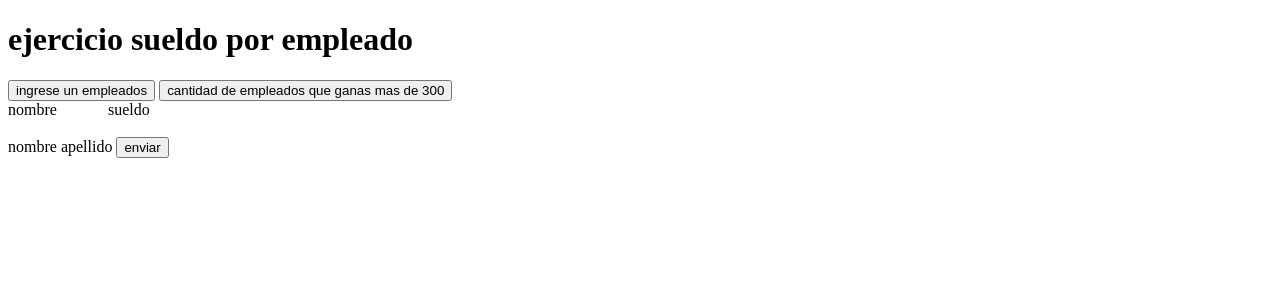
Repository: wolfmarcos/Ej-FormSesionEmpleados
Page: sueldoempleado.html
These files come from the project's save history. The page is drawn as it stood at one moment and after a run of saves; the edit follows.
The browser window is 1280 px wide. The pictures show the whole page.

Above is the page before, as saved 2022-07-26 12:06:47.

### sueldoempleado.html
<!DOCTYPE html>
<html lang="en">
<head>
    <meta charset="UTF-8">
    <meta http-equiv="X-UA-Compatible" content="IE=edge">
    <meta name="viewport" content="width=device-width, initial-scale=1.0">
    <link rel="stylesheet" href="ej1.css">
    <title>Document</title>
</head>
<body>
    <h1>ejercicio sueldo por empleado</h1>
    <button id="agregarHTML">ingrese un empleados</button>

    <button id="empleadosMas300">cantidad de empleados que ganas mas de 300 </button>

    <div class="contenedorR">
        <div>nombre</div>
        <div>sueldo</div>
        <div class="datos"></div>

</div>


    <script src="ej1.js"></script>
</body>

<div>
<br>

    <form action="./ej1.js" name="form" method="post">
<leibel>nombre</leibel>
<imput type=text maxlengt="30" placeholder="nombre"></imput>

<leibel>apellido</leibel>
<imput ></imput>

<button type="submit"> enviar</button>
    </form>


</div>



</html>

### ej1.css
.contenedorR{ display: grid;

    grid-template-columns: repeat(2 ,100px)}

### ej1.js
// En una empresa trabajan n empleados cuyos  nombre y sueldo se carga por un formulario desde el celular. sueldos oscilan entre $100 y $500,
//  realizar un programa que lea los sueldos que cobra cada empleado e informe cuántos empleados cobran menos de  $200  en una tabla y mas de $300  en otra tabla
//  recuerde cargar los datos como  un nuevo objeto. Además el programa deberá informar el importe que gasta la empresa en sueldos total del personal.
let aprobados = 0;
let i= 0;
let repeticion = true;
resu=document.querySelector(".contenedorR2")

datos=document.querySelector(".datos")
// let arrayDesaprobados = []
const empleados = [];
let resud="";

// let emp = new Empleados;
document.querySelector("#agregarHTML").addEventListener("click", (e) => {


    while(repeticion == true){
        let nombre= prompt("empleado: ");
        let sueldo= parseInt(prompt("sueldo: "));
        //   empleados[i]=[nombre,sueldo,(i+"pepito") ] ;
        //  empleados[i].push(nombre,sueldo );
        empleados[i]={nomebres:nombre,sueldos:sueldo,id:(i+"pepito") }
        i = i + 1;
        repeticion=confirm("ingresar otro  empleado")
    };
    //   Object.values()
    for (let cada of empleados){console.log(cada.sueldos);};


});


// empleados.forEach( cada => console.log( cada["nomebres"]));


document.querySelector("#empleadosMas300").addEventListener("click", (e) => {
    console.log(typeof empleados[0].sueldos)
const emas300= empleados.filter((x)=>x.sueldos>300)
console.log(emas300)
for (let cada of emas300){console.log( cada[1]);};


for (n of emas300){
    resud+= `<div>${n.nomebres}</div>  <div>${n.sueldos}</div>`
    // '<div>'+n.nomebres+'</div>'+'<div>'+n.sueldos+'</div>'
    ___________________________
    //     <div>${n.nomebres}</div>
    //      <div>${n.sueldos}</div>
    ___________________________

console.log(resud)

}
___________________________
// datos.outerHTML=
// `<div class="contenedorR">
// <div>nombre</div>
// <div>sueldo</div>
// ${resud}
// </div>`
___________________________
datos.outerHTML=resud;



})



 // let sueldo= parseFloat(prompt("suldo: "));
        //  new emp(nombre,sueldo)

// console.log("aprobaron: " + aprobados)
// console.log(arrayAprobados);
// console.log("desaprobaron: " + desaprobados)
// console.log(arrayDesaprobados);

After the next 2 saves:
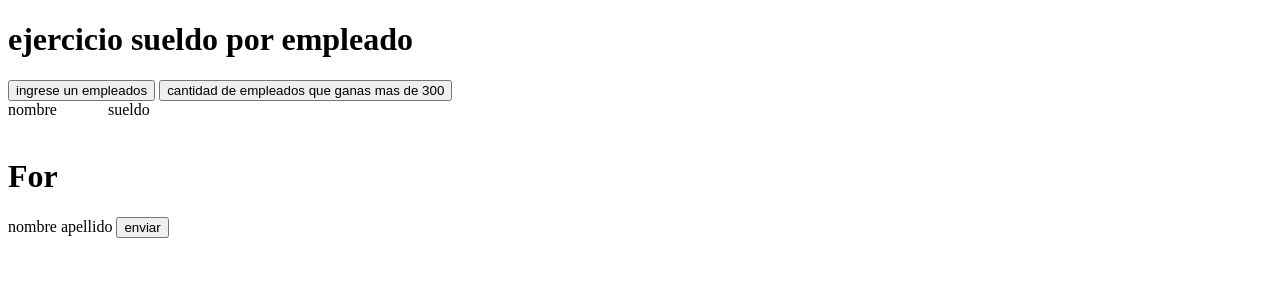
The 2 saves are shown as one change because they came seconds apart.
The last was saved 7 s later.
--- a/sueldoempleado.html
+++ b/sueldoempleado.html
@@ -26,7 +26,7 @@
 
 <div>
 <br>
-
+<h1>For</h1>
     <form action="./ej1.js" name="form" method="post">
 <leibel>nombre</leibel>
 <imput type=text maxlengt="30" placeholder="nombre"></imput>
